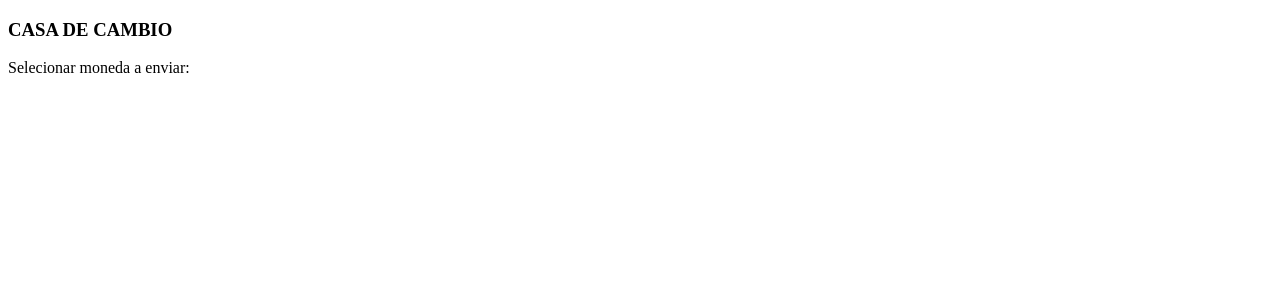
Repository: AgusL01/Bootstrap-Agustin-lago-
Page: Desktop/clases coder/proyecto-final-agustin-lago-main/index.html
These files come from the project's save history. The page is drawn as it stood at one moment and after the next save; the edit follows.
The browser window is 1280 px wide. The pictures show the whole page.

Above is the page before, as saved 2022-06-27 17:21:01.

### Desktop/clases coder/proyecto-final-agustin-lago-main/index.html
<!DOCTYPE html>
<html lang="en">
<head>
    <meta charset="UTF-8">
    <meta http-equiv="X-UA-Compatible" content="IE=edge">
    <meta name="viewport" content="width=+, initial-scale=1.0">
    <title>Casa de cambio</title>
</head>
<body>
    <h3>CASA DE CAMBIO</h3>
    <form class="formulario" action="">
        <p>Selecionar moneda a enviar:</p>

    </form>
</body>
</html>

After the next save:
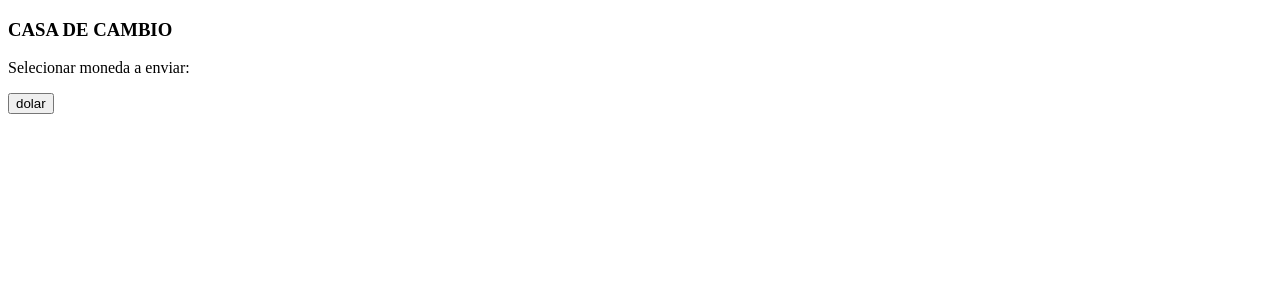
Saved 3 h 37 min later.
--- a/Desktop/clases coder/proyecto-final-agustin-lago-main/index.html
+++ b/Desktop/clases coder/proyecto-final-agustin-lago-main/index.html
@@ -8,9 +8,9 @@
 </head>
 <body>
     <h3>CASA DE CAMBIO</h3>
-    <form class="formulario" action="">
+    <form class="formulario">
         <p>Selecionar moneda a enviar:</p>
-
+        <input type="button" value="dolar">
     </form>
 </body>
 </html>
